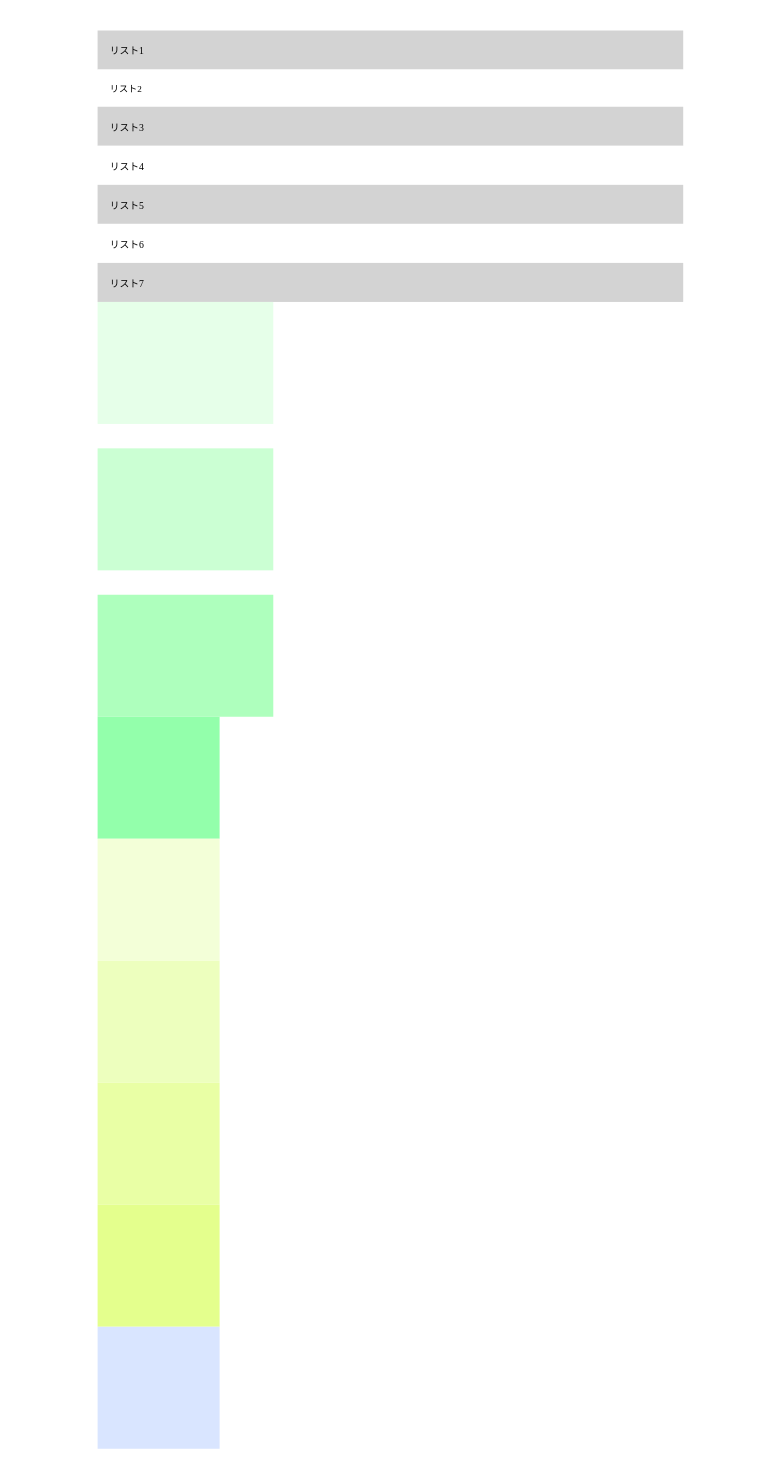
Repository: Raychel-310/chapter10
Page: chapter8_exercise/chapter8_exercise.html
The author's editor kept a record of every edit. The page is drawn from the files as they stood at one moment, then again after the next edit.
The browser window is 1280 px wide. The pictures show the whole page, at 61% of full size.

Above is the page before.

After the next edit:
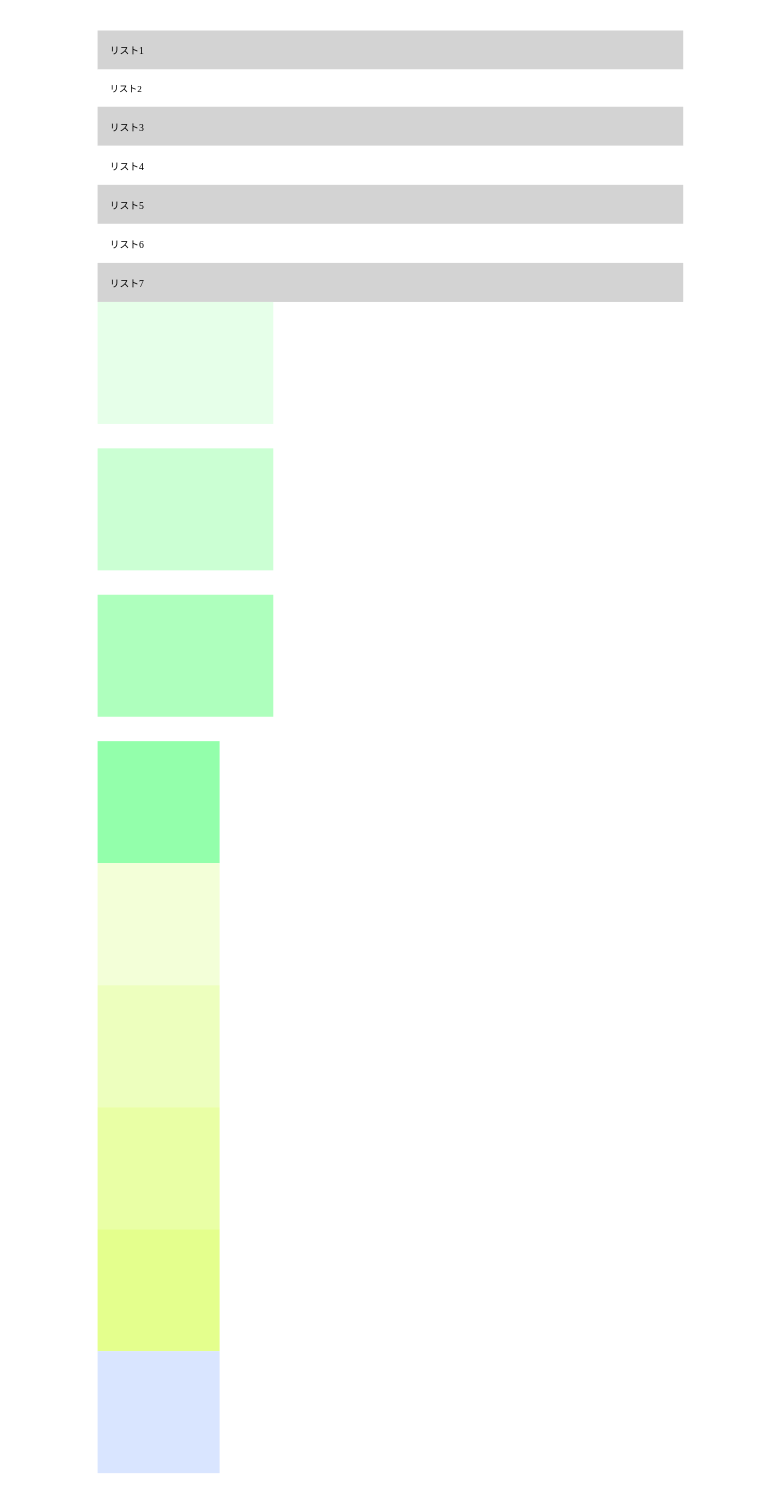
The edit:
--- a/chapter8_exercise/chapter8_exercise.css
+++ b/chapter8_exercise/chapter8_exercise.css
@@ -121,6 +121,7 @@
   width: 30%;
   height: 200px;
   background-color: #aeffbd;
+  margin-bottom: 40px;
 }
 
 .box4 {
